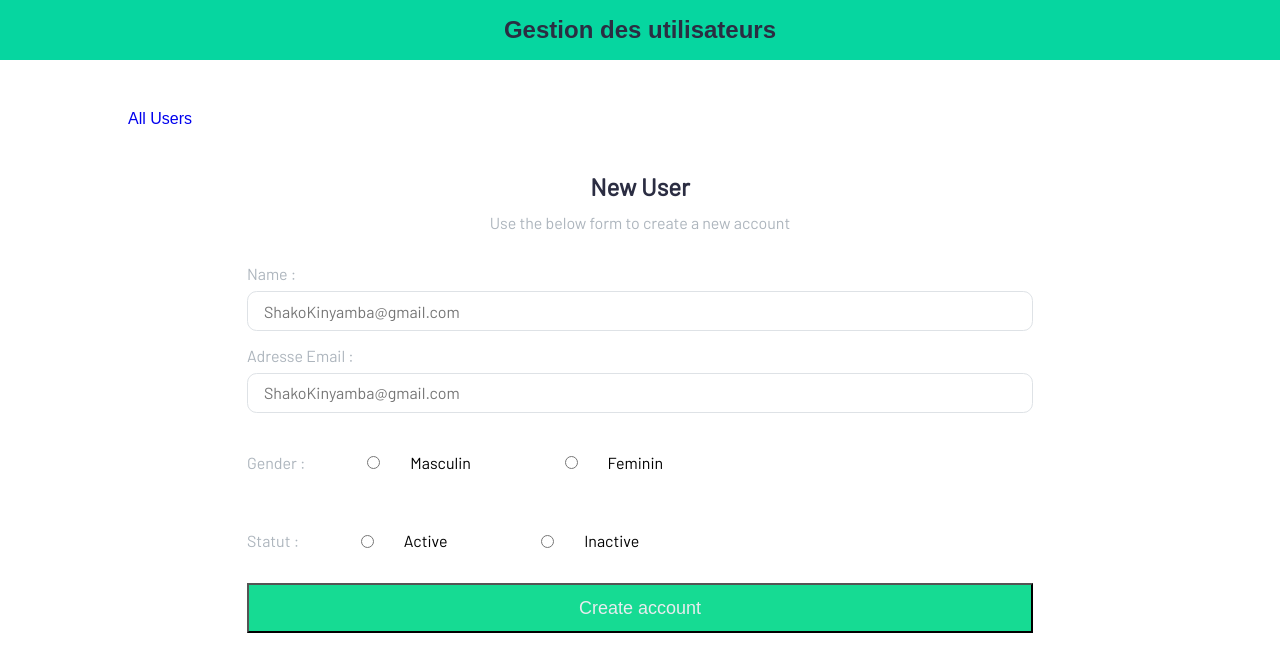
Repository: SKB-TECH/CrudMren
Page: add-user.html
An editor plug-in stored every save of this project. The page is shown before and after the next save, followed by the edit.
The browser window is 1280 px wide. The pictures show the whole page.
Some web fonts or font styles are not loaded; a fallback is used.

Above is the page before, as saved 2022-10-11 14:11:14.

### add-user.html
<!DOCTYPE html>
<html lang="en">

<head>
    <meta charset="UTF-8">
    <meta http-equiv="X-UA-Compatible" content="IE=edge">
    <meta name="viewport" content="width=device-width, initial-scale=1.0">
    <link rel="stylesheet" href="https://cdnjs.cloudflare.com/ajax/libs/font-awesome/6.2.0/css/all.min.css"
        integrity="sha512-xh6O/CkQoPOWDdYTDqeRdPCVd1SpvCA9XXcUnZS2FmJNp1coAFzvtCN9BmamE+4aHK8yyUHUSCcJHgXloTyT2A=="
        crossorigin="anonymous" referrerpolicy="no-referrer" />
    <link rel="stylesheet" href="./assets/css/style.css">
    <title>CRUD APPLICATION</title>
</head>

<body>
    <!-- Header -->
    <header id="header">
        <nav>
            <div class="container">
                <div class="text-center">
                    <a href="/" class="nav-brand text-dark">Gestion des utilisateurs</a>
                </div>
            </div>
        </nav>
    </header>
    <!-- /Header -->
    <!-- Main  -->
    <main id="site-main">
        <div class="container">
            <div class="box-nav d-flex-justify=between ">
                <div class="filteer">
                    <a href="/">All Users</a>
                </div>
            </div>

            <div class="form-title text-center">
                <h2 class="text-dark">New User</h2>
                <span class="text-light">Use the below form to create a new account</span>
            </div>

            <!-- Form handling -->
             <form action="" method="POST" id="update_user">
                <div class="new_user">
                    <!-- nom de l'utilisateur -->
                    <div class="form-group">
                        <label for="name" class="text-light">Name : </label>
                        <input type="hidden" name="id" value="">
                        <input type="text" name="name" placeholder="ShakoKinyamba@gmail.com">
                    </div>
                    <!-- adresse mail -->
                    <div class="form-group">
                        <label for="name" class="text-light">Adresse Email : </label>
                        <input type="text" name="email" placeholder="ShakoKinyamba@gmail.com">
                    </div>
                    <!-- Sexe de l'agent -->
                    <div class="form-group">
                        <label for="name" class="text-light">Gender : </label>
                        <div class="radio inline">
                            <input type="radio" name="gender" value="Masculin" class="radio">
                            <label for="gender" class="radio-label">Masculin</label>
                        </div>

                        <div class="radio inline">
                            <input type="radio" name="gender" value="Feminin" class="radio">
                            <label for="gender" class="radio-label">Feminin</label>
                        </div>
                    </div>

                    <!-- le statut -->
                    <div class="form-group">
                        <label for="name" class="text-light">Statut : </label>
                        <div class="radio inline">
                            <input type="radio" name="statut" value="Active" class="radio">
                            <label for="statut" class="radio-label">Active</label>
                        </div>

                        <div class="radio inline">
                            <input type="radio" name="statut" value="Inactive" class="radio">
                            <label for="statut" class="radio-label">Inactive</label>
                        </div>
                    </div>
                    <!-- fin Statut -->

                    <!-- Submit -->
                    <div class="form-group">
                        <button type="submit" class="btn text-dark update">Create account</button>
                    </div>
                </div>
             </form>
            <!-- /Form handling -->
        </div>
    </main>
    <!-- /Main -->
</body>

</html>

### assets/css/style.css
@import url('https://fonts.googleapis.com/css2?family=Barlow&family=PT+Sans&display=swap');

/* font-family: 'Barlow', sans-serif;
font-family: 'PT Sans', sans-serif; */

:root {
    --dark: #2b2d42;
    --light: #adb5bd;
    --border: #dee2e6;
    --border-btn: #edf2f4
}

* {
    padding: 0;
    margin: 0;
    box-sizing: border-box;
}

a {
    text-decoration: none;
    font-family: 'PT Sans', sans-serif;
}

.container {
    max-width: 1024px;
    margin: auto;
}

.nav-brand {
    font-size: 1.5em;
    font-weight: bold;
}

.d-flex {
    display: flex;
    flex-wrap: wrap;
}

.justify-between {
    justify-content: space-between;
}

.text-center {
    text-align: center;
}

.border-btn {
    border: 1px solid var(--border-btn);
    box-shadow: 1px 3px 10px #e9ecef;
}

.text-dark {
    color: var(--dark);
}

.inline {
    display: inline-block;
}

.text-light {
    color: var(--light)
}

#header nav {
    background-color: #06d6a0;
    padding: 1em 0;
    width: 100%;
}

#site-main {
    margin-top: 3em;
    font-family: 'Barlow', 'Sans-serif';
}

#site-main .container .box-nav>a {
    font-size: 1em;
    padding: 5em 1em;
}

#site-main .container form {
    margin: 2em 0;
}

table {
    border-spacing: 0px;
    width: 100%;
}

.table td,
.table th {
    padding: .75em;
    vertical-align: top;
    text-align: center;
    border-top: 1px solid var(--border);
}

.table td>a.btn {
    padding: 3em 1em;
    font-size: 1.1em;
    margin: 0.2em;
}

.table tr:hover {
    background-color: var(--border);
}

.table td:hover td>a {
    box-shadow: none;
}

.table .thead-dark th {
    color: #fff;
    background-color: var(--dark);
    border-color: #32383e;
}

.form-title {
    margin-top: 2em;
}

.form-title>h2 {
    padding: .5em 0;
}

.new_user {
    max-width: 786px;
    margin: auto;
}

#update_user .form-group,
#add_user .form-group {
    margin: .4em 0;
}

#update_user .form-group input[type="text"],
#add_user .form-group input[type="text"] {
    width: 100%;
    padding: .6em 1em;
    margin: .5em 0;
    border: 1px solid var(--border);
    font-size: 1em;
    font-family: 'Barlow', sans-serif;
    border-radius: .6em;
}

#update_user .form-group .radio,
#add_user .form-group .radio {
    margin: 1em 2em;
}

.radio input[text='radio']+.radio-label:before {
    content: "";
    background: var(--border-btn);
    border-radius: 100%;
    border: 1px solid var(--border);
    display: inline-block;
    width: 1em;
    height: 1em;
    position: relative;
    top: -0em;
    margin-right: .5em;
    vertical-align: top;
    cursor: pointer;
    text-align: center;
    -webkit-transform: all 250ms ease;
    transition: all 250ms ease;
}

.radio input[text='radio']:checked+.radio-label:before {
    background-color: #16db93;
    box-shadow: inset 0 0 0 4px #e9ecef;
}

.radio input[text='radio']:focus+ .radio-label:before {
  outline: none;
  border-color: #16db93;
}

#update_user .form-group .btn,
#add_user .form-group .btn{
    width: 100%;
    padding: .7em 1em;
    background-color: #16db93;
    color: #e9ecef;
    font-size: 18px;

}

After the next save:
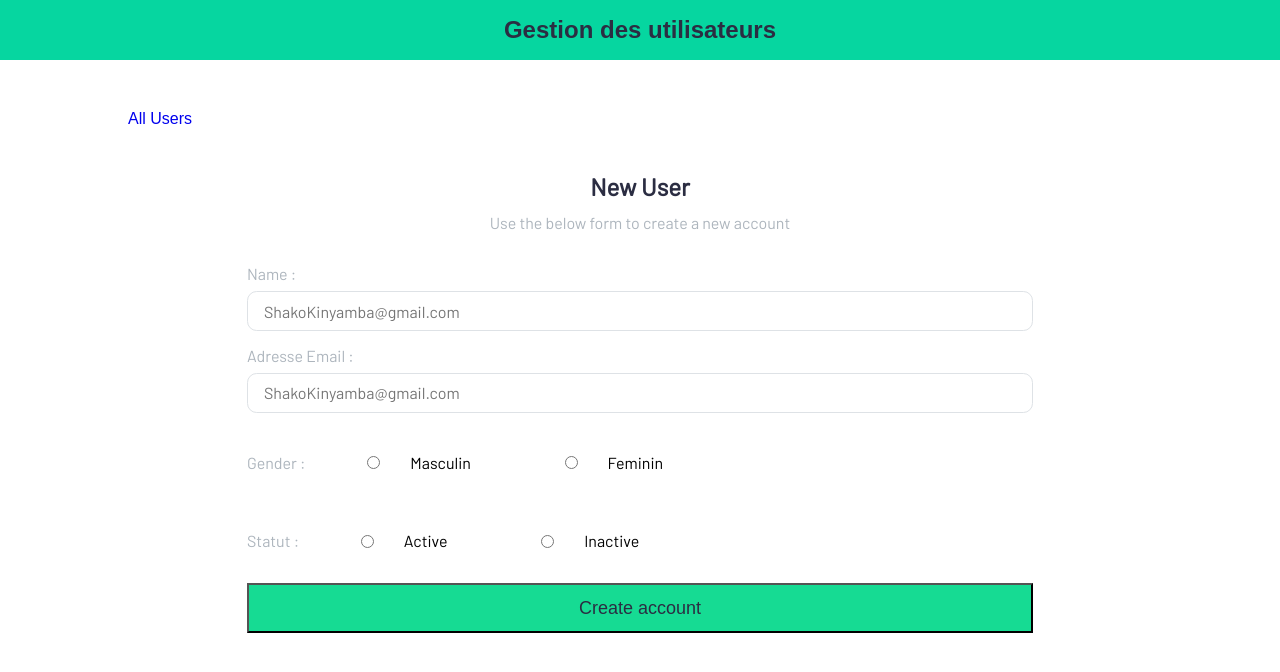
Saved 11 s later.
--- a/assets/css/style.css
+++ b/assets/css/style.css
@@ -181,7 +181,6 @@ table {
     width: 100%;
     padding: .7em 1em;
     background-color: #16db93;
-    color: #e9ecef;
     font-size: 18px;
 
 }
